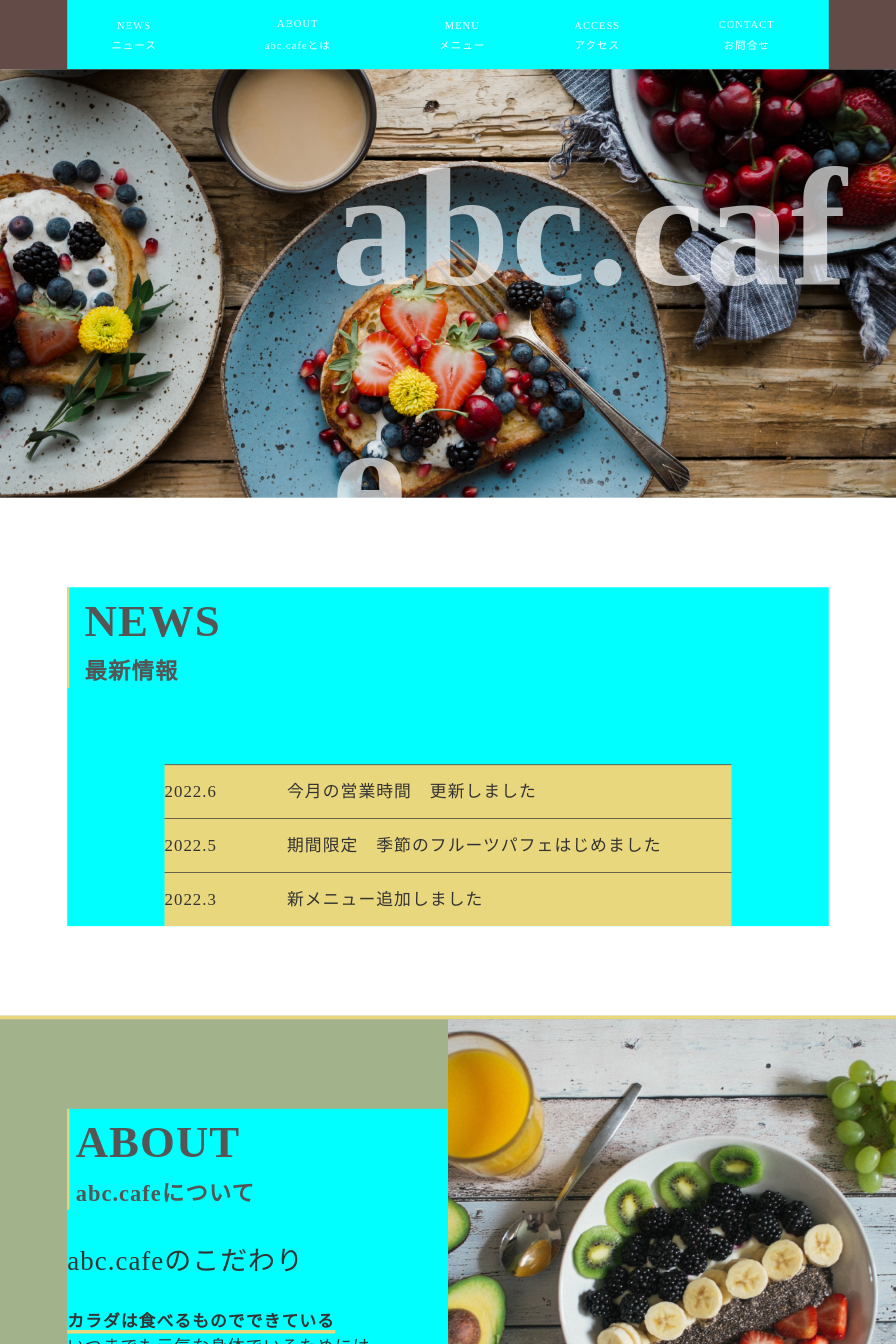
Repository: nozomi-23/lp1_test
Page: index.html
These files come from the project's save history. The page is drawn as it stood at one moment and after a run of saves; the edit follows.
The browser window is 1280 px wide. The pictures show the part of the page from y = 0 to 1920 px (the page is 4582 px tall before and 3734 px after), at 70% of full size.

Above is the page before, as saved 2022-06-08 15:16:44.

After the next 4 saves:
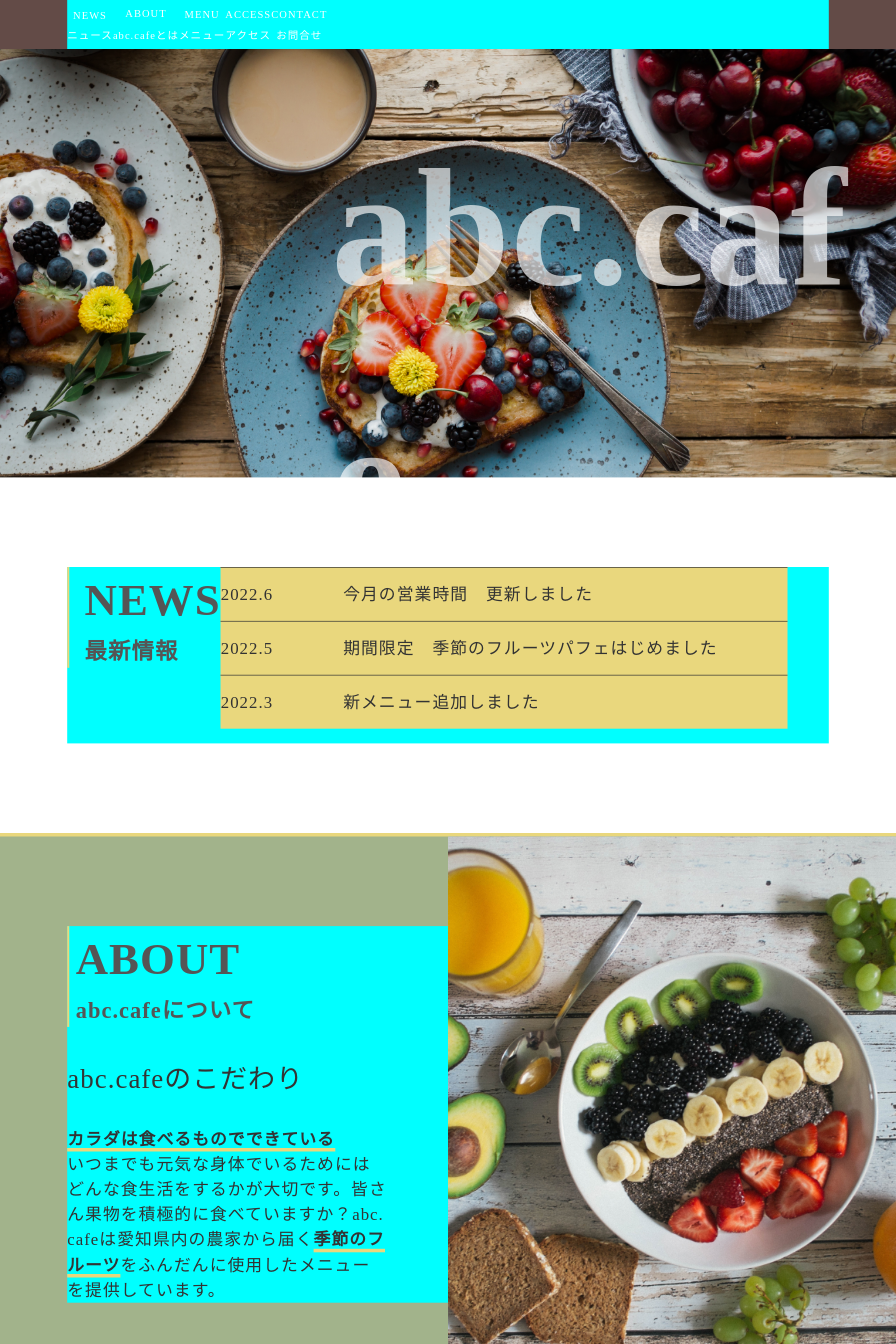
The 4 saves are shown as one change because they came seconds apart.
The last was saved 51 s later.
--- a/css/common.css
+++ b/css/common.css
@@ -173,3 +173,6 @@ about
 /* =====================
 menu
 =========================*/
+.inner {
+  display: flex;
+}
